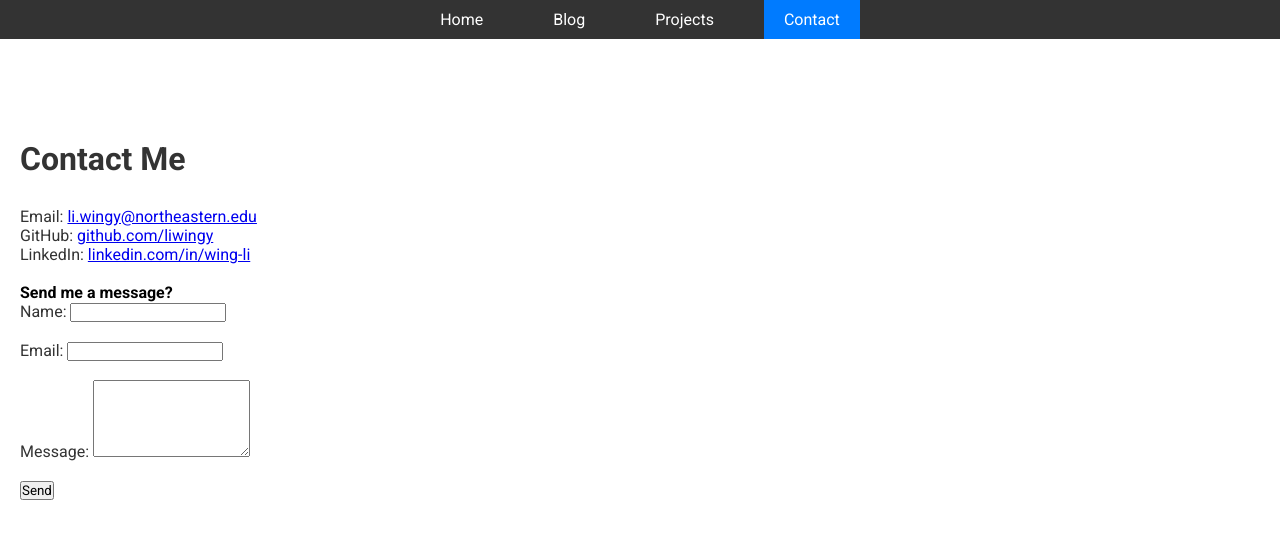
Repository: liwingy/cs5610_fall24_project1
Page: contact.html
The author's editor kept a copy of each file at every save. The page is drawn from the files as they stood at one save, then again after the next save.
The browser window is 1280 px wide. The pictures show the whole page.

Above is the page before, as saved 2024-10-07 18:45:39.

### contact.html
<!DOCTYPE html>
<html lang="en">
<head>
    <meta charset="UTF-8">
    <meta name="viewport" content="width=device-width, initial-scale=1.0">
    <title>Wing Yee Li | Contact</title>
    <link rel="stylesheet" href="style.css">
</head>
<body>
    <nav>
        <ul>
            <li><a href="homepage.html">Home</a></li>
            <li><a href="blog.html">Blog</a></li>
            <li><a href="projects.html">Projects</a></li>
            <li><a href="contact.html" class="active">Contact</a></li>
        </ul>
    </nav>
    <main>
        <section class="contact">
            <h2>Contact Me</h2>
            <br>
            <p>Email: <a href="mailto:li.wingy@northeastern.edu">li.wingy@northeastern.edu</a></p>
            <p>GitHub: <a href="https://github.com/liwingy" target="_blank">github.com/liwingy</a></p>
            <p>LinkedIn: <a href="https://linkedin.com/in/wing-li" target="_blank">linkedin.com/in/wing-li</a></p>

            <br>
            <p></p><span class="highlight">Send me a message?</span></p>

            <form action="mailto:li.wingy@northeastern.edu" method="POST" enctype="text/plain">
                <label for="name">Name:</label>
                <input type="text" id="name" name="name" required>
                <br><br>

                <label for="email">Email:</label>
                <input type="email" id="email" name="email" required>
                <br><br>

                <label for="message">Message:</label>
                <textarea id="message" name="message" rows="5" required></textarea>
                <br><br>

                <input type="submit" value="Send">
            </form>
        </section>
    </main>
</body>
</html>

### style.css
@import url('https://fonts.googleapis.com/css2?family=Roboto:wght@400;700&display=swap');

* {
    margin: 0;
    padding: 0;
    box-sizing: border-box;
    font-family: 'Roboto', sans-serif;
}

body, html {
    height: 100%;
    margin: 0;
}

body {
    background-color: rgb(255, 255, 255);
    color: #333;
    display: flex;
    flex-direction: column;   /* Stack the content vertically */
    height: 100vh;            /* Make sure the body takes up the full viewport height */
}

main {
    display: flex;
    justify-content: center;
    align-items: center;
    flex-direction: column;
    height: auto;
    margin-top: 80px;
    padding-top: 20px;
}

header {
    text-align: center;
}

.blog, .projects, .contact, .about-me {
    margin-top: 20px;
    padding: 20px;
    width: 100%;
}

nav {
    width: 100%;              /* Full width navigation bar */
    background-color: #333;    /* Background color for the navbar */
    position: fixed;          /* Keep the navbar fixed at the top */
    top: 0;
    left: 0;
    padding: 10px 0;          /* Add some padding for spacing */
    z-index: 1;               /* Ensure the navbar stays above other content */
}

nav ul {
    list-style: none;
    display: flex;            /* Display the list items in a row */
    justify-content: center;  /* Center the list items horizontally */
    margin: 0;
    padding: 0;
}

nav ul li {
    margin: 0 15px;           /* Space between each nav item */
}

nav ul li a {
    color: #fff;
    text-decoration: none;
    padding: 10px 20px;       /* Add padding around each link */
    transition: background-color 0.3s;
}

nav ul li a:hover {
    background-color: #555;   /* Change background color on hover */
}

.active {
    background-color: #007BFF; /* Style for the active page link */
}

h1 {
    font-size: 2.5rem;
    margin-top: 60px;        /* Add space from the navbar */
}

h2 {
    font-size: 2rem;
    margin-bottom: 10px;
}

.highlight {
    font-weight: bold;
    color: black; /* Highlight the text in a different color */
}

.about-me h3:before {
    content: "⚡ "; /* Add an icon or symbol before each section */
    font-size: 1.5rem;
    color: #007BFF;
    margin-right: 5px;
}

.projects-grid {
    display: grid;
    grid-template-columns: repeat(auto-fit, minmax(300px, 1fr)); /* Auto-fit for responsiveness */
    gap: 20px; /* Space between grid items */
    margin-top: 20px;
}

.project-item h3:before {
    content: "🚀";
    padding: 20px;
    border-radius: 10px;
    text-align: left;
    box-shadow: 0 2px 10px rgba(0, 0, 0, 0.1);
}

.centered-video,
.pics {
    max-width: 300px;
    width: 100%;
    height: auto;
    display: block;
    margin: 20px auto;
    border-radius: 10px;
}

/* Responsive design */
@media screen and (max-width: 768px) {
    nav ul {
        flex-direction: column;  /* Stack the navbar links vertically on small screens */
        align-items: center;
    }

    nav ul li {
        margin: 10px 0;          /* Space out vertically in mobile view */
    }

    h1 {
        font-size: 1.8rem;
        margin-top: 100px;       /* Adjust spacing on small screens */
    }
}

After the next save:
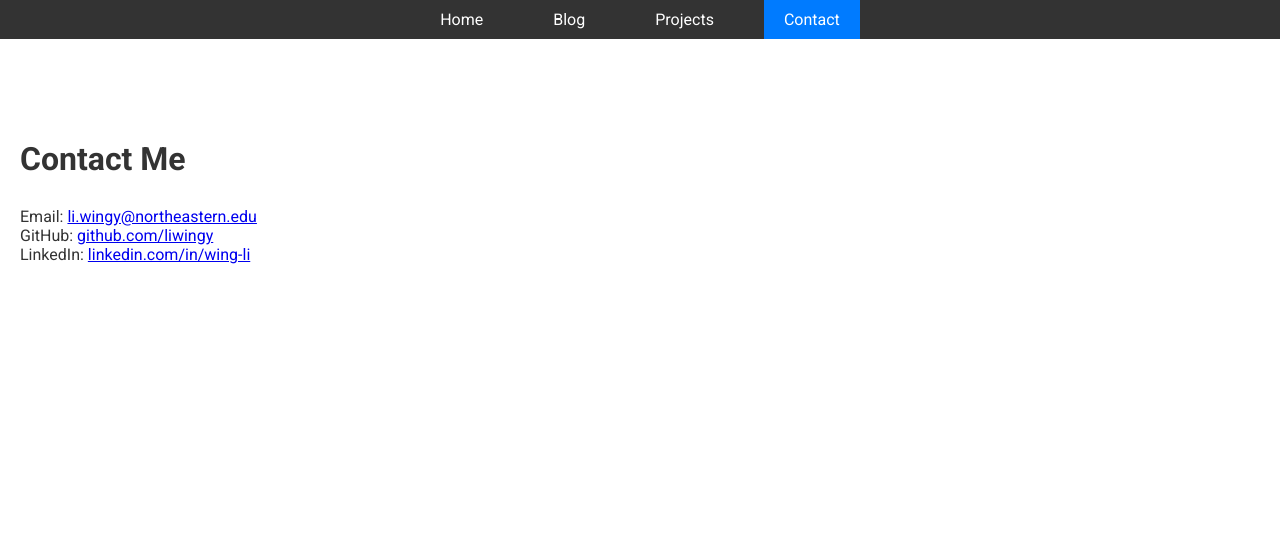
Saved 12 min 34 s later.
--- a/contact.html
+++ b/contact.html
@@ -22,25 +22,6 @@
             <p>Email: <a href="mailto:li.wingy@northeastern.edu">li.wingy@northeastern.edu</a></p>
             <p>GitHub: <a href="https://github.com/liwingy" target="_blank">github.com/liwingy</a></p>
             <p>LinkedIn: <a href="https://linkedin.com/in/wing-li" target="_blank">linkedin.com/in/wing-li</a></p>
-
-            <br>
-            <p></p><span class="highlight">Send me a message?</span></p>
-
-            <form action="mailto:li.wingy@northeastern.edu" method="POST" enctype="text/plain">
-                <label for="name">Name:</label>
-                <input type="text" id="name" name="name" required>
-                <br><br>
-
-                <label for="email">Email:</label>
-                <input type="email" id="email" name="email" required>
-                <br><br>
-
-                <label for="message">Message:</label>
-                <textarea id="message" name="message" rows="5" required></textarea>
-                <br><br>
-
-                <input type="submit" value="Send">
-            </form>
         </section>
     </main>
 </body>
